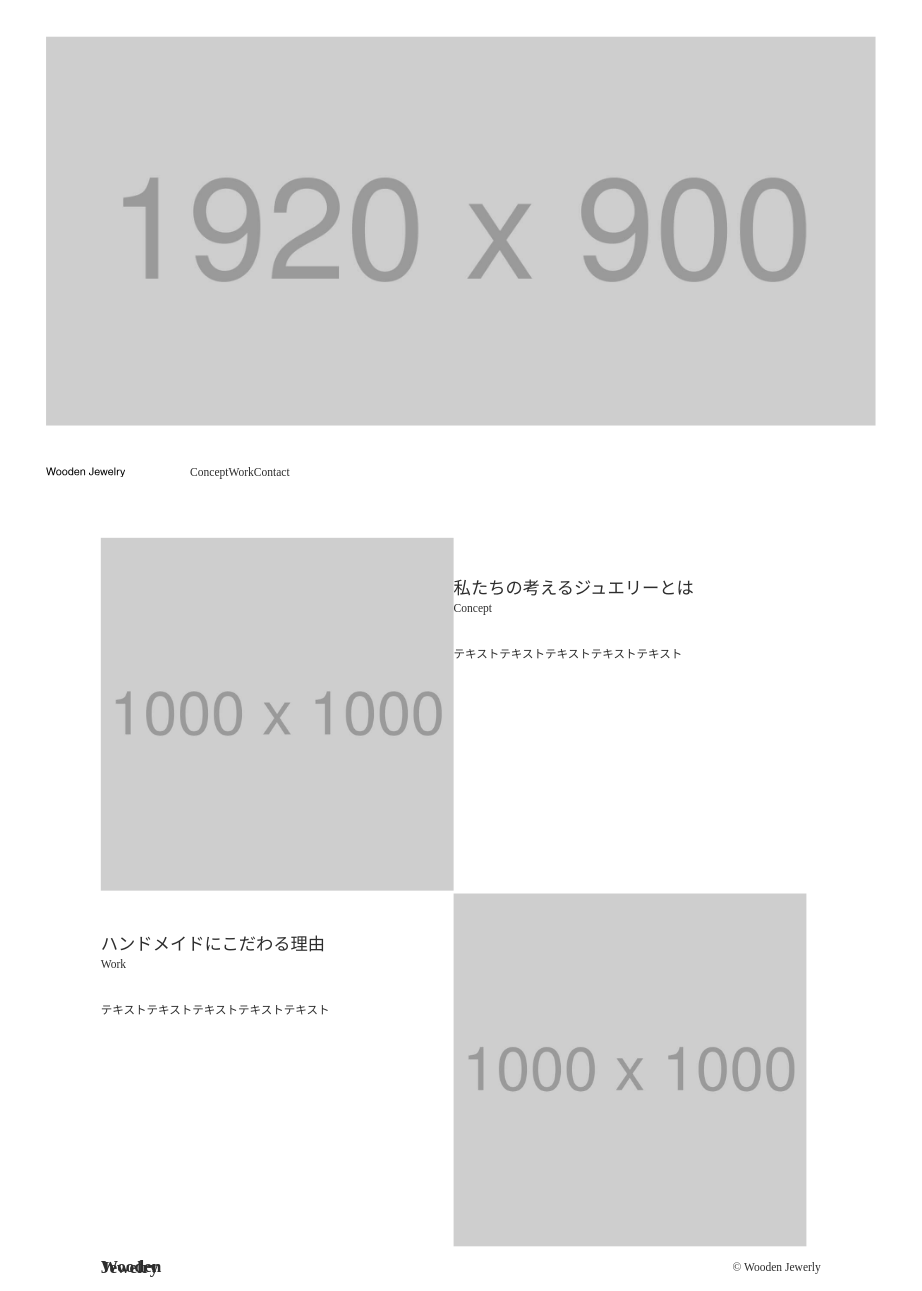
Repository: Fuki-san/jewelry
Page: http://localhost/jewelry
The author's editor kept a copy of each file at every save. The page is drawn from the files as they stood at one save, then again after the next save.
The browser window is 1280 px wide. The pictures show the whole page, at 72% of full size.
The page is served by the project's Laravel application, run on PHP 8.4 with Laravel 10.

Above is the page before, as saved 2023-11-26 14:55:29.

After the next save:
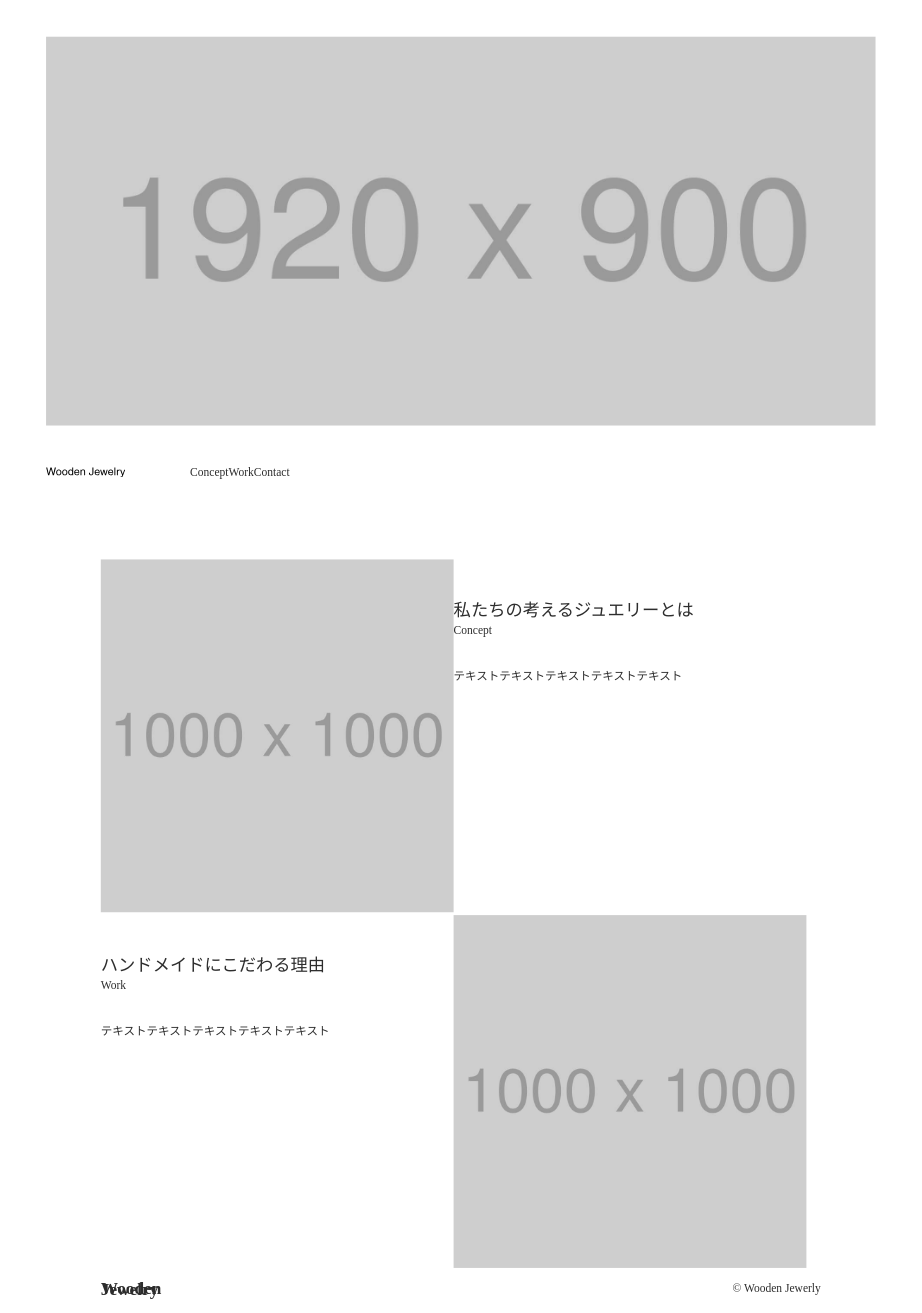
Saved 5 s later.
--- a/public/css/style.css
+++ b/public/css/style.css
@@ -63,7 +63,7 @@
     display: flex;
     align-items: center;
     padding: 32px 0;
-    margin: 0 auto ;
+    margin: 0 auto 30px auto;
 }
 
 

After the save that followed:
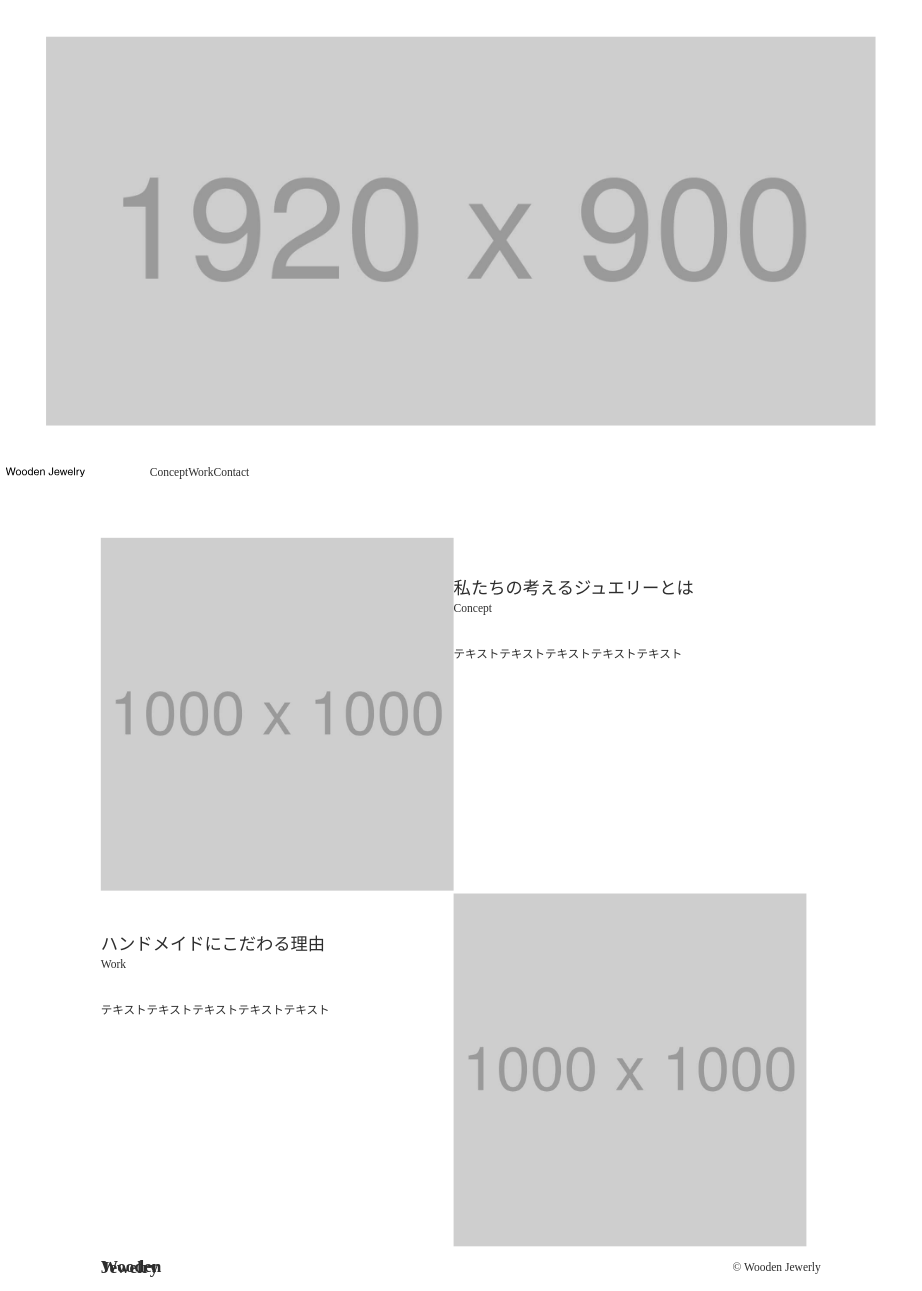
Saved 95 s later.
--- a/public/css/style.css
+++ b/public/css/style.css
@@ -63,7 +63,7 @@
     display: flex;
     align-items: center;
     padding: 32px 0;
-    margin: 0 auto 30px auto;
+    /* margin: 0 auto 30px auto; */
 }
 
 
